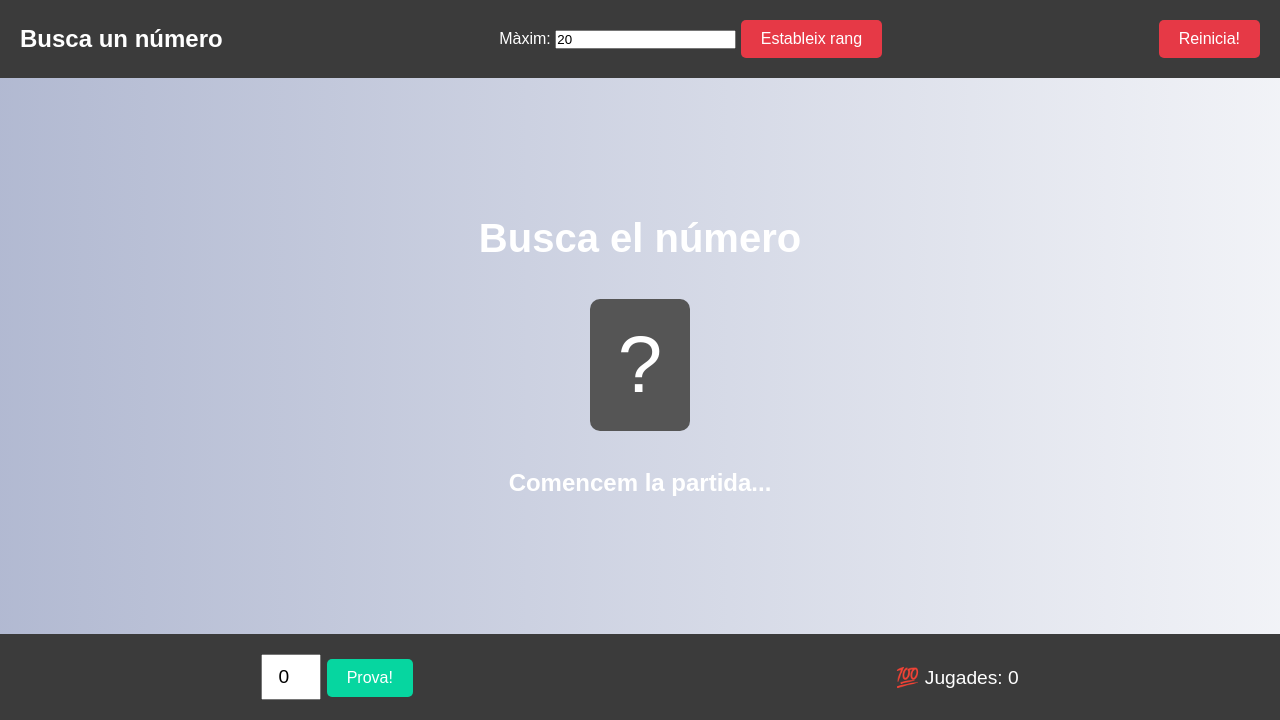
Repository: rdalmau23/M06_01
Page: index.html
An editor plug-in stored every save of this project. The page is shown before and after the next save, followed by the edit.
The browser window is 1280 px wide. The pictures show the whole page.
After loading, the first visible `button` was clicked once.

Above is the page before, as saved 2024-10-11 12:52:19.

### index.html
<!DOCTYPE html>
<html lang="en">
<head>
    <meta charset="UTF-8">
    <meta name="viewport" content="width=device-width, initial-scale=1.0">
    <title>Endivina el número</title>
    <link rel="stylesheet" href="style.css">
    <script src="script.js" defer></script>
</head>
<body>
    <header>
        <h2>Busca un número</h2>
        <div>
        <label for="max">Màxim:</label>
        <input type="number" id="max" value="20">
        <button onclick="setRange()">Estableix rang</button>
    </div>
        <button onclick="resetGame()" id="reset">Reinicia!</button>
    </header>
    <main id="main">
        <h1>Busca el número</h1> <br>
        <div id="display-num">?</div> <br>
        <h3 id="display-result">Comencem la partida...</h3>
    </main>
    <footer>
        <div>
            <input type="number" value="0" id="num">
        <button onclick="playGame()" id="play">Prova!</button>
        </div>
        <div>
            <div id="display-jugades">💯 Intents: </div>
        <div id="display-puntuacio">🥇 Millor puntuació: </div>
        </div>
    </footer>
</body>
</html>

### style.css
* {
    margin: 0;
    padding: 0;
    box-sizing: border-box;
  }

  body {
    font-family: Arial, sans-serif;
    height: 100vh;
    display: flex;
    flex-direction: column;
    justify-content: space-between;
    background: linear-gradient(270deg, #ffffff, #001969);
    background-size: 400% 400%;
    animation: gradient-animation 12s ease infinite;
    position: relative;
  }

  @keyframes gradient-animation {
    0% {
      background-position: 0% 50%;
    }
    50% {
      background-position: 100% 50%;
    }
    100% {
      background-position: 0% 50%;
    }
  }

  header {
    background-color: #3b3b3b;
    color: white;
    padding: 20px;
    text-align: center;
    display: flex;
    justify-content: space-between;
    align-items: center;
  }

  header h2 {
    margin: 0;
  }

  header button {
    background-color: #e63946;
    border: none;
    color: white;
    padding: 10px 20px;
    cursor: pointer;
    border-radius: 5px;
    font-size: 16px;
    transition: background-color 0.3s ease;
  }

  header button:hover {
    background-color: #d62839;
  }

  main {
    flex-grow: 1;
    display: flex;
    flex-direction: column;
    justify-content: center;
    align-items: center;
  }

  main h1 {
    font-size: 2.5rem;
    color: white;
  }

  #display-num {
    font-size: 5rem;
    background-color: #555555;
    color: white;
    padding: 20px;
    width: 100px;
    text-align: center;
    border-radius: 10px;
    margin: 20px 0;
  }

  main h3 {
    font-size: 1.5rem;
    color: white;
  }

  footer {
    background-color: #3b3b3b;
    padding: 20px;
    display: flex;
    justify-content: space-around;
    align-items: center;
  }

  footer input[type="number"] {
    width: 60px;
    padding: 10px;
    font-size: 1.2rem;
    text-align: center;
  }

  footer button {
    background-color: #06d6a0;
    border: none;
    color: white;
    padding: 10px 20px;
    cursor: pointer;
    border-radius: 5px;
    font-size: 16px;
    transition: background-color 0.3s ease;
  }

  footer button:hover {
    background-color: #04b383;
  }

  footer div {
    font-size: 1.2rem;
    color: #ffffff;
  }

  /* Ajustes Responsive */
  @media (max-width: 600px) {
    header, footer {
      flex-direction: column;
      gap: 10px;
    }

    #display-num {
      font-size: 4rem;
      width: 80px;
    }

    footer button {
      font-size: 14px;
    }
  }

### script.js
let numero1;
let userInput = 0;
let intents = 0;
let millorPunt = Infinity;

function setRange() {
    const max = parseInt(document.getElementById("max").value);
    if (max <= 1) {
        alert("El valor màxim ha de ser major que 1.");
        return;
    }
    numero1 = Math.floor(Math.random() * max) + 1;
    intents = 0;
    document.getElementById("display-num").innerHTML = "?";
    document.getElementById("display-result").innerHTML = "Comencem la partida...";
    document.getElementById("main").style.backgroundColor = "";
    document.getElementById("display-jugades").innerHTML = `💯 Jugades: 0`;
    document.getElementById("display-puntuacio").innerHTML = "";
}

function playGame() {
    if (!numero1) {
        alert("Si us plau, establix el rang abans de jugar!");
        return;
    }

    userInput = parseInt(document.getElementById("num").value);
    if (userInput !== numero1) {
        intents++;
        if (userInput < numero1) {
            sortida = `El ${userInput} és massa petit, torna a provar.`;
            document.getElementById("main").style.backgroundColor = "red";
        } else {
            sortida = `El ${userInput} és massa gran, torna a provar.`;
            document.getElementById("main").style.backgroundColor = "red";
        }
    } else {
        intents++;
        sortida = `Has endivinat el número!`;
        document.getElementById("display-num").innerHTML = numero1;
        document.getElementById("main").style.backgroundColor = "green";
        if (intents < millorPunt) {
            millorPunt = intents;
            document.getElementById("display-puntuacio").innerHTML = `🥇 Millor puntuació: ${millorPunt}`;
        }
    }
    document.getElementById("display-jugades").innerHTML = `💯 Intents: ${intents}`;
    document.getElementById("display-result").innerHTML = `${sortida}`;
    document.getElementById("num").select();
}

function resetGame() {
    document.getElementById("display-num").innerHTML = "?";
    document.getElementById("display-result").innerHTML = "Comencem la partida...";
    intents = 0;
    document.getElementById("display-jugades").innerHTML = "💯 Intents: 0";
    document.getElementById("main").style.backgroundColor = "";
}

After the next save:
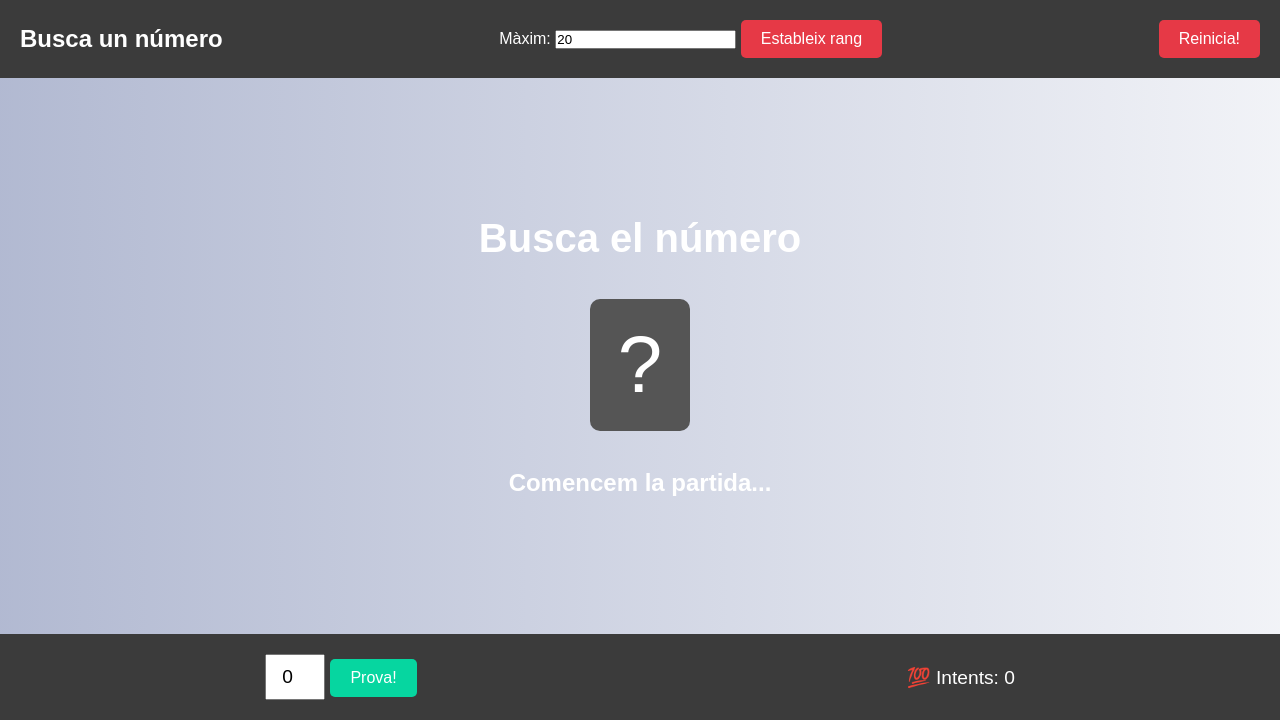
Saved 8 min 42 s later.
--- a/script.js
+++ b/script.js
@@ -6,7 +6,7 @@ let millorPunt = Infinity;
 function setRange() {
     const max = parseInt(document.getElementById("max").value);
     if (max <= 1) {
-        alert("El valor màxim ha de ser major que 1.");
+        alert("El valor màxim ha de ser major que 1."); // marquem que no podem posa de màxim 0 ni negatius
         return;
     }
     numero1 = Math.floor(Math.random() * max) + 1;
@@ -14,23 +14,23 @@ function setRange() {
     document.getElementById("display-num").innerHTML = "?";
     document.getElementById("display-result").innerHTML = "Comencem la partida...";
     document.getElementById("main").style.backgroundColor = "";
-    document.getElementById("display-jugades").innerHTML = `💯 Jugades: 0`;
+    document.getElementById("display-jugades").innerHTML = `💯 Intents: 0`;
     document.getElementById("display-puntuacio").innerHTML = "";
 }
 
-function playGame() {
+function playGame() { //funció per jugar
     if (!numero1) {
-        alert("Si us plau, establix el rang abans de jugar!");
+        alert("Si us plau, posa el rang abans de jugar!"); // aquí fem un alert que avisa de que s'ha de especifivar el rang amb el que volem jugar
         return;
     }
 
     userInput = parseInt(document.getElementById("num").value);
     if (userInput !== numero1) {
-        intents++;
+        intents++; // cada cop que fallem incrementa el num d'intents
         if (userInput < numero1) {
             sortida = `El ${userInput} és massa petit, torna a provar.`;
             document.getElementById("main").style.backgroundColor = "red";
-        } else {
+        } else {                                                             // aquí fem que depenend de si és més gran o més petit et mostri un missatge o un altre i amb els colors igual
             sortida = `El ${userInput} és massa gran, torna a provar.`;
             document.getElementById("main").style.backgroundColor = "red";
         }
@@ -38,13 +38,13 @@ function playGame() {
         intents++;
         sortida = `Has endivinat el número!`;
         document.getElementById("display-num").innerHTML = numero1;
-        document.getElementById("main").style.backgroundColor = "green";
+        document.getElementById("main").style.backgroundColor = "green"; // s'hi hem endivinat el numero ens mostra per pantalla i apareix un fons verd
         if (intents < millorPunt) {
             millorPunt = intents;
-            document.getElementById("display-puntuacio").innerHTML = `🥇 Millor puntuació: ${millorPunt}`;
+            document.getElementById("display-puntuacio").innerHTML = `🥇 Millor puntuació: ${millorPunt}`; // la millor puntuacio sempre serà si els intents és menor a la millor puntuació anterior
         }
     }
-    document.getElementById("display-jugades").innerHTML = `💯 Intents: ${intents}`;
+    document.getElementById("display-jugades").innerHTML = `💯 Intents: ${intents}`; // mo0strem els intents que portem
     document.getElementById("display-result").innerHTML = `${sortida}`;
     document.getElementById("num").select();
 }
@@ -53,6 +53,6 @@ function resetGame() {
     document.getElementById("display-num").innerHTML = "?";
     document.getElementById("display-result").innerHTML = "Comencem la partida...";
     intents = 0;
-    document.getElementById("display-jugades").innerHTML = "💯 Intents: 0";
+    document.getElementById("display-jugades").innerHTML = "💯 Intents: 0"; // deixem els intents a 0 de nou però la millor puntuació es guarda
     document.getElementById("main").style.backgroundColor = "";
 }
